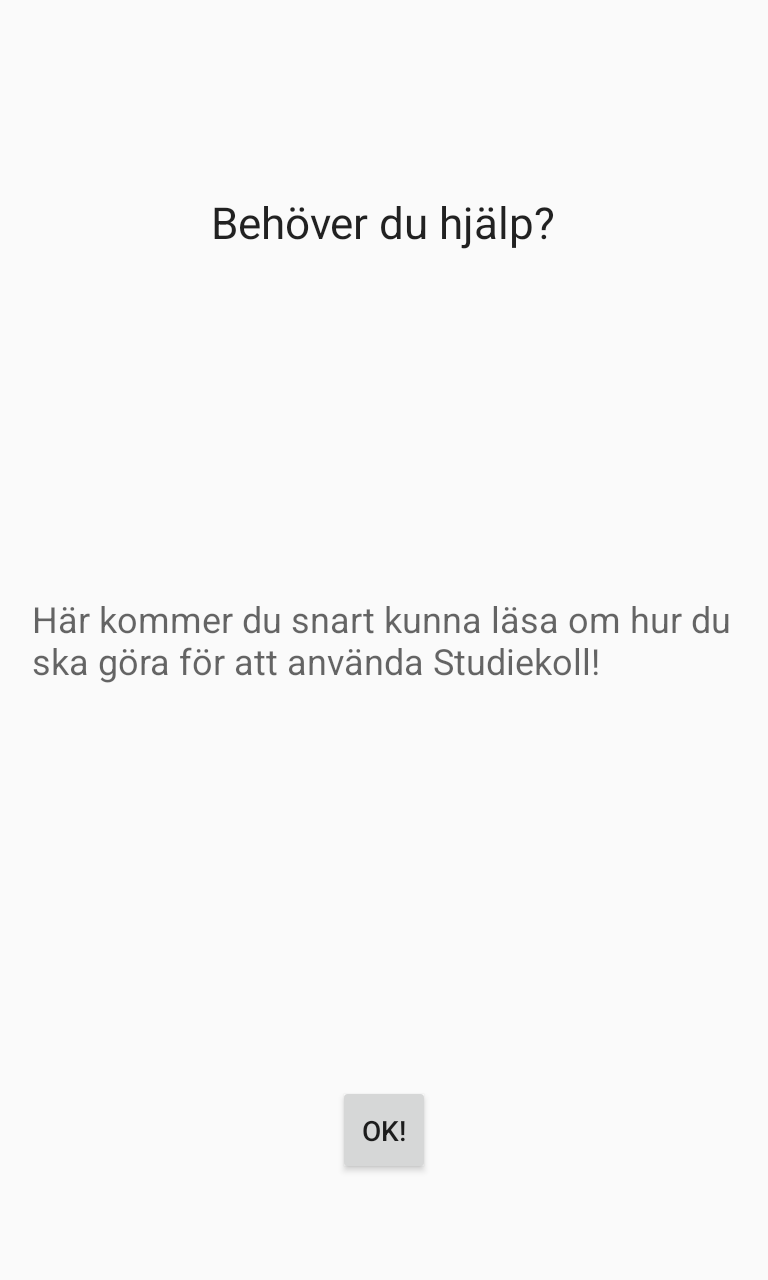
Repository: Dinova/Studiekoll
Layout: Studiekoll/Studiekoll/res/layout/fragment_help.xml
These files come from the project's save history. The layout is drawn as it stood at one moment and after the next save; the edit follows.
It is drawn on a 768 x 1280 px phone screen (xhdpi) without system bars, with theme AppTheme; the app's code is not run.

Above is the layout before, as saved 2014-05-16 07:58:14.

### Studiekoll/Studiekoll/res/layout/fragment_help.xml
<RelativeLayout xmlns:android="http://schemas.android.com/apk/res/android"
    xmlns:tools="http://schemas.android.com/tools"
    android:layout_width="match_parent"
    android:layout_height="match_parent"
    android:paddingBottom="@dimen/activity_vertical_margin"
    android:paddingLeft="@dimen/activity_horizontal_margin"
    android:paddingRight="@dimen/activity_horizontal_margin"
    android:paddingTop="@dimen/activity_vertical_margin"
    tools:context="com.grupp8DAT255.studiekoll.HelpActivity$PlaceholderFragment" >

    <TextView
        android:id="@+id/textView1"
        android:layout_width="wrap_content"
        android:layout_height="wrap_content"
        android:layout_alignParentTop="true"
        android:layout_centerHorizontal="true"
        android:layout_marginTop="80dp"
        android:text="Behöver du hjälp?"
        android:textAppearance="?android:attr/textAppearanceLarge" />

    <Button
        android:id="@+id/button1"
        style="?android:attr/buttonStyleSmall"
        android:layout_width="wrap_content"
        android:layout_height="wrap_content"
        android:layout_alignParentBottom="true"
        android:layout_centerHorizontal="true"
        android:layout_marginBottom="35dp"
        android:text="OK!"
        android:onClick="backToMain"/>

    <TextView
        android:id="@+id/textView2"
        android:layout_width="wrap_content"
        android:layout_height="wrap_content"
        android:layout_centerHorizontal="true"
        android:layout_centerVertical="true"
        android:text="Här kommer du snart kunna läsa om hur du ska göra för att använda Studiekoll!"
        android:textAppearance="?android:attr/textAppearanceMedium" />

</RelativeLayout>

Loaded but not shown: Studiekoll/Studiekoll/res/values/styles.xml (common file); Studiekoll/Studiekoll/res/values-v11/styles.xml (common file); Studiekoll/Studiekoll/res/values-v14/styles.xml (common file); Studiekoll/Studiekoll/res/values/dimens.xml (common file); Studiekoll/Studiekoll/res/values-w820dp/dimens.xml (common file)

After the next save:
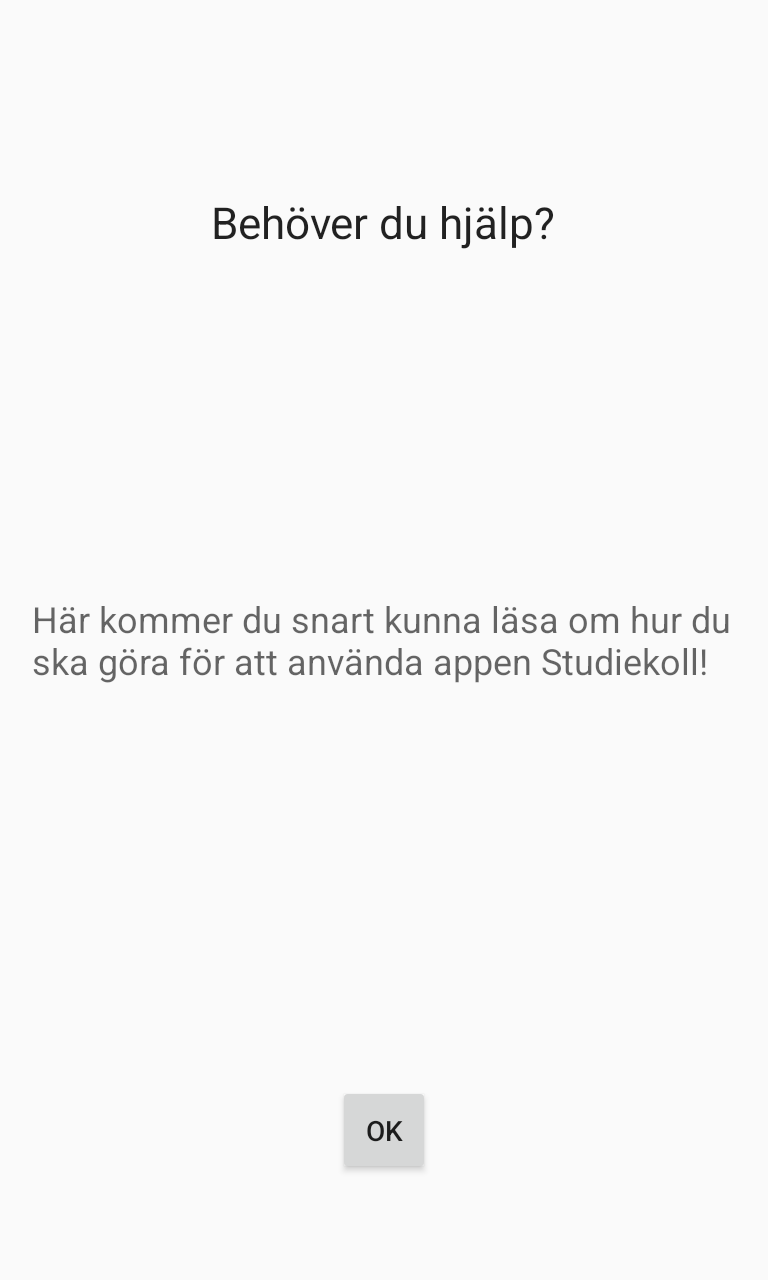
Saved 4 min 11 s later.
--- a/Studiekoll/Studiekoll/res/layout/fragment_help.xml
+++ b/Studiekoll/Studiekoll/res/layout/fragment_help.xml
@@ -26,7 +26,7 @@
         android:layout_alignParentBottom="true"
         android:layout_centerHorizontal="true"
         android:layout_marginBottom="35dp"
-        android:text="OK!"
+        android:text="OK"
         android:onClick="backToMain"/>
 
     <TextView
@@ -35,7 +35,7 @@
         android:layout_height="wrap_content"
         android:layout_centerHorizontal="true"
         android:layout_centerVertical="true"
-        android:text="Här kommer du snart kunna läsa om hur du ska göra för att använda Studiekoll!"
+        android:text="Här kommer du snart kunna läsa om hur du ska göra för att använda appen Studiekoll!"
         android:textAppearance="?android:attr/textAppearanceMedium" />
 
 </RelativeLayout>
